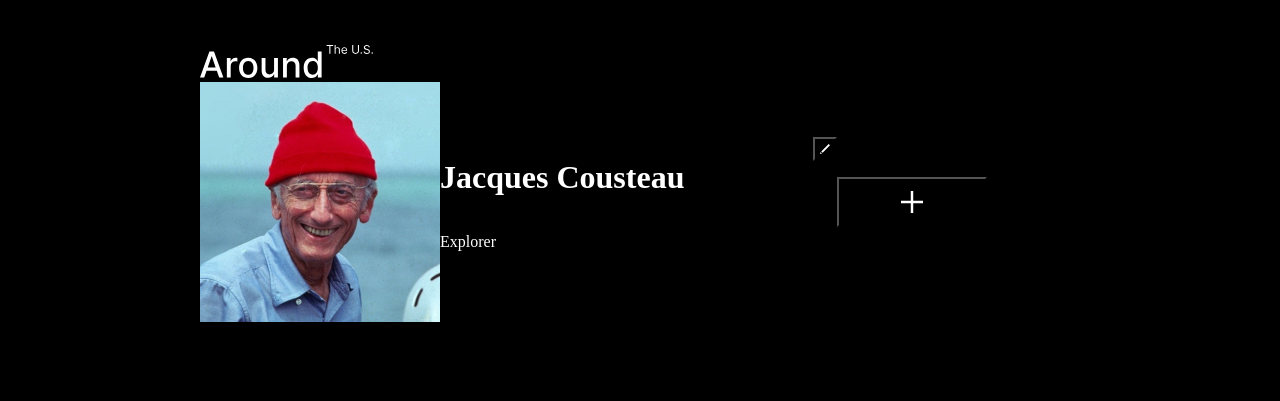
Repository: al-XLeMEsTRE/Around-The-U.S
Page: index.html
An editor plug-in stored every save of this project. The page is shown before and after the next save, followed by the edit.
The browser window is 1280 px wide. The pictures show the whole page.

Above is the page before, as saved 2023-12-12 15:36:00.

After the next save:
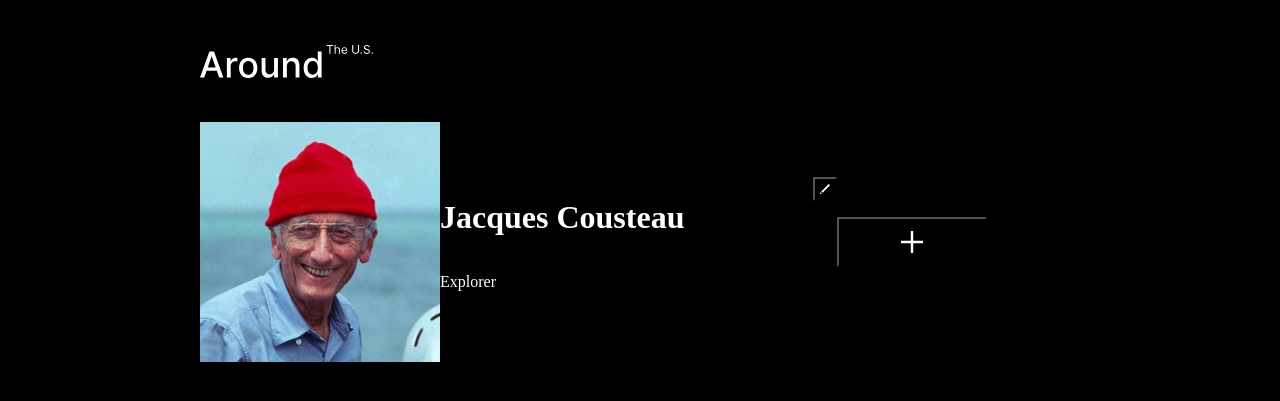
Saved 35 s later.
--- a/blocks/page.css
+++ b/blocks/page.css
@@ -14,6 +14,7 @@
 .profile {
   display: flex;
   align-items: center;
+  padding-top: 40px;
 }
 .profile__info {
   display: grid;
